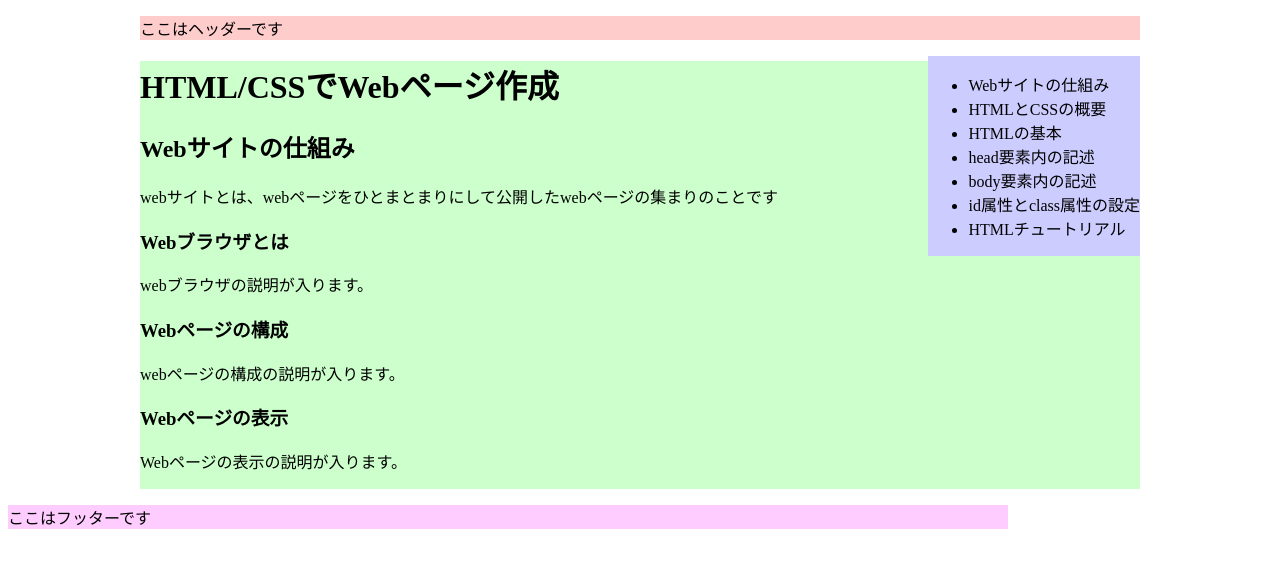
Repository: tak-hs/first-git
Page: kadai-html.html
The author's editor kept a record of every edit. The page is drawn from the files as they stood at one moment, then again after the next edit.
The browser window is 1280 px wide. The pictures show the whole page.

Above is the page before.

### kadai-html.html
<!DOCTYPE html>
<html lang="ja">
    <head>
        <meta charset="utf-8">
        <title>HTML/CSSでWebページ作成</title>
        <link rel="stylesheet" href="./kadai-css.css">
    </head>
    <body>
        <header>
            <p>ここはヘッダーです</p>
            <nav id="global_navi">
                <ul>
                    <li>Webサイトの仕組み</li>
                    <li>HTMLとCSSの概要</li>
                    <li>HTMLの基本</li>
                    <li>head要素内の記述</li>
                    <li>body要素内の記述</li>
                    <li>id属性とclass属性の設定</li>
                    <li>HTMLチュートリアル</li>
                </ul>
        </header>
        <div id="wrapper"  class="clearfix">
            <div id="main">
              <h1>HTML/CSSでWebページ作成</h1>
              <h2>Webサイトの仕組み</h2>
              <p>webサイトとは、webページをひとまとまりにして公開したwebページの集まりのことです</p>

              <nav id="menu">
                <h3>Webブラウザとは</h3>
                <p>webブラウザの説明が入ります。</p>

                <h3>Webページの構成</h3>
                <p>webページの構成の説明が入ります。</p>

                <h3>Webページの表示</h3>
                <p>Webページの表示の説明が入ります。</p>
              </nav>

            </div>
        </div>

        <footer>
            <p>ここはフッターです</p>
        </footer>

    </body>
</html>

### kadai-css.css
@charset "UTF-8";

header{
    width:1000px;
    margin:0 auto;
    background-color:#ffcccc;
}

header p{

}

#global_navi{
    float:right;
    margin:0 auto;
    background-color:#ccccff;
}

#wrapper{
    width:1000px;
    margin:0 auto;
    margin-bottom:0;
    background-color: #ccffcc;
}

#main{

}

.clearfix::after {
    content: '';
    display: block;
    clear: both;
}

footer{
    width:1000px;
    margin-top:0;
    background-color: #ffccff;
}

After the next edit:
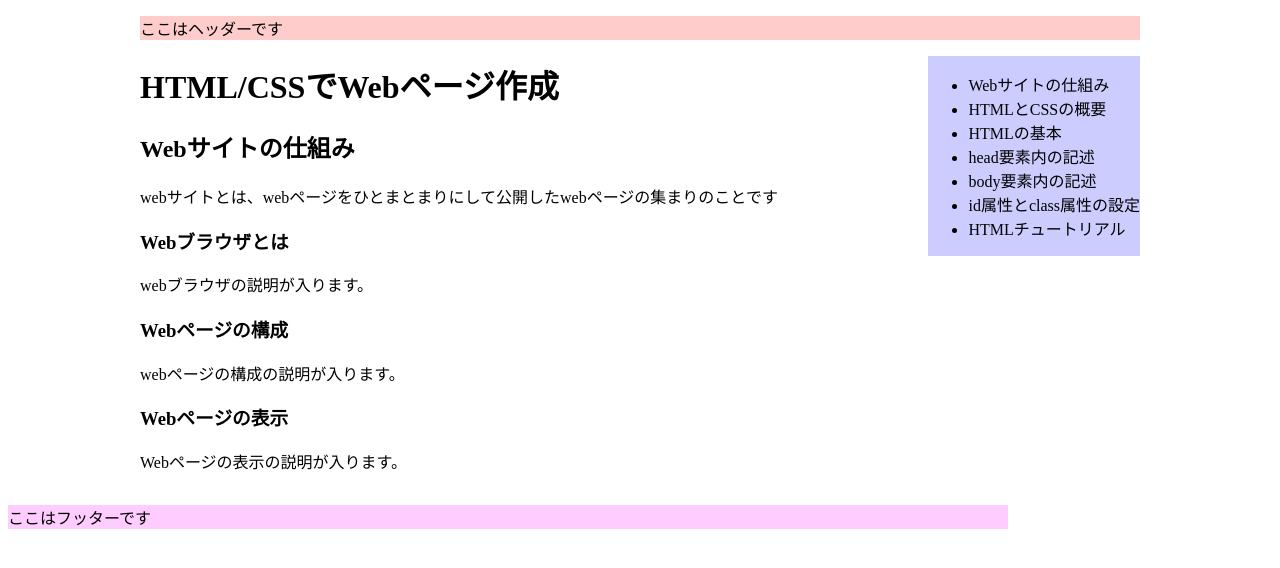
The edit:
--- a/kadai-css.css
+++ b/kadai-css.css
@@ -19,8 +19,6 @@
 #wrapper{
     width:1000px;
     margin:0 auto;
-    margin-bottom:0;
-    background-color: #ccffcc;
 }
 
 #main{

After the edit that followed:
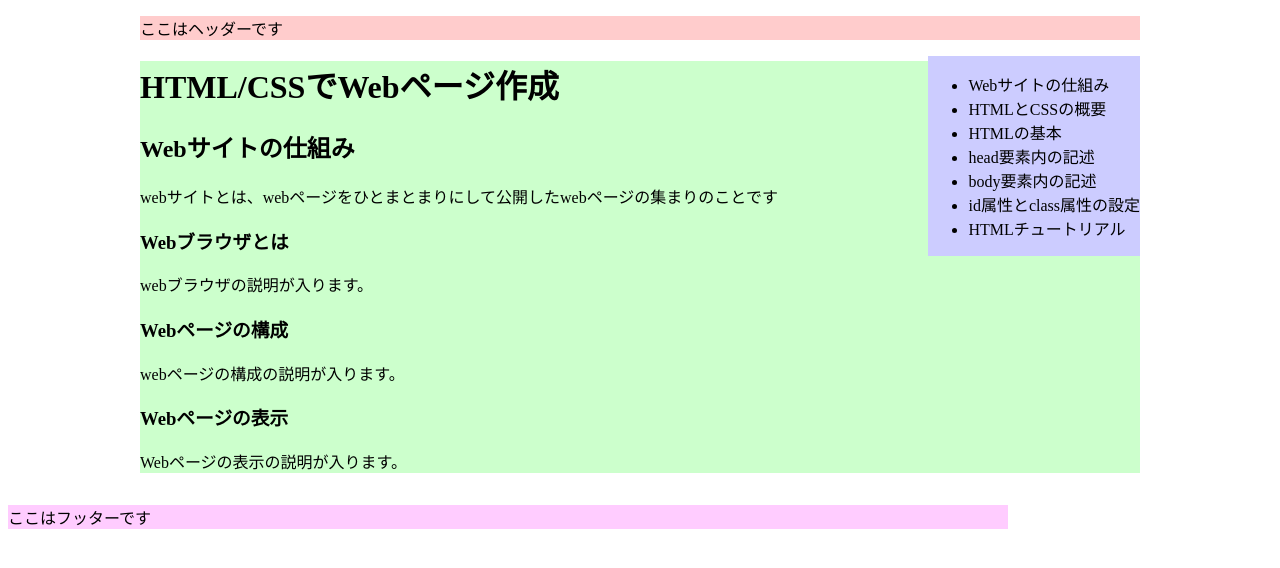
The edit:
--- a/kadai-css.css
+++ b/kadai-css.css
@@ -22,7 +22,7 @@
 }
 
 #main{
-
+    background-color: #ccffcc;
 }
 
 .clearfix::after {
